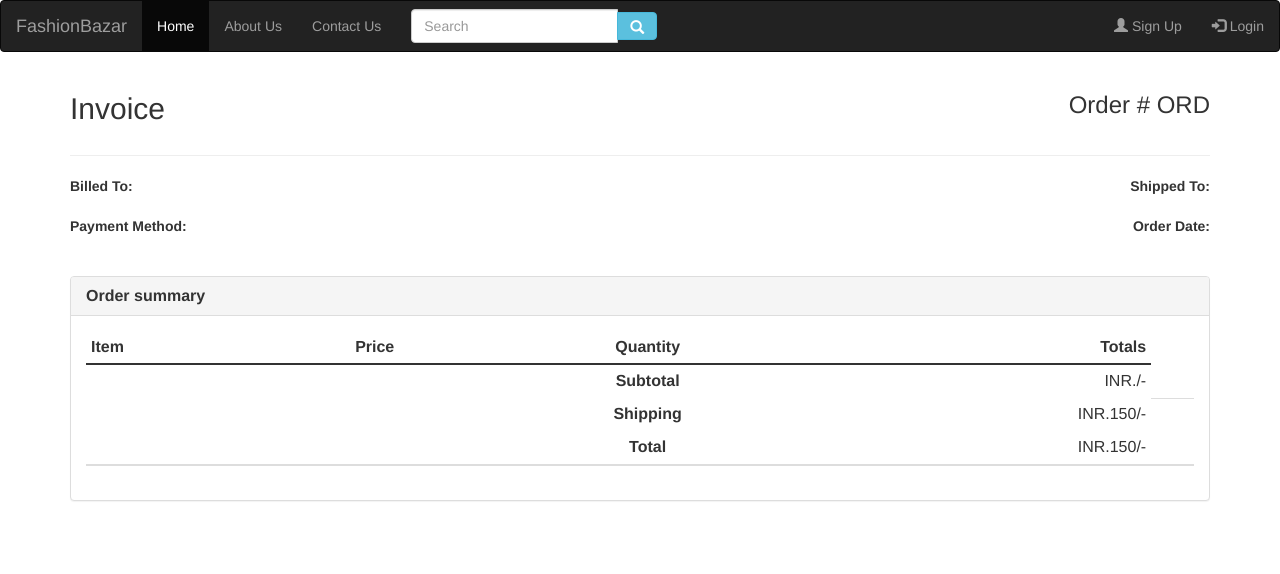
Repository: SmithaMendonca/Project-1
Page: http://localhost/FashionBazarFrontend/WEB-INF/views/Receipt.jsp
These files come from the project's save history. The page is drawn as it stood at one moment and after the next save; the edit follows.
The browser window is 1280 px wide. The pictures show the whole page.
The page is served by Tomcat 9. Nobody is signed in. Other server files are loaded and not shown. The template is opened directly, without the code that normally fills it, so the values that code supplies are empty.

Above is the page before, as saved 2019-06-06 05:50:24.

### FashionBazarFrontend/src/main/webapp/WEB-INF/views/Receipt.jsp
<%@include file="Header.jsp"%>
<html>
<head>
<style type="text/css">
.invoice-title h2, .invoice-title h3 {
    display: inline-block;
}

.table > tbody > tr > .no-line {
    border-top: none;
}

.table > thead > tr > .no-line {
    border-bottom: none;
}

.table > tbody > tr > .thick-line {
    border-top: 2px solid;
}
</style>
</head>
<body>
<div class="container">
    <div class="row">
        <div class="col-xs-12">
    		<div class="invoice-title">
    			<h2>Invoice</h2><h3 class="pull-right">Order # ORD${orderInfo.orderId}</h3>
    		</div>
    		<hr>
    		<div class="row">
    			<div class="col-xs-6">
    				<address>
    				<strong>Billed To:</strong><br>
    					${orderInfo.username}
    				</address>
    			</div>
    			<div class="col-xs-6 text-right">
    				<address>
        			<strong>Shipped To:</strong><br>
    					${address}
    				</address>
    			</div>
    		</div>
    		<div class="row">
    			<div class="col-xs-6">
    				<address>
    					<strong>Payment Method:</strong><br>
    					  ${orderInfo.pmode}<br>
    				</address>
    			</div>
    			<div class="col-xs-6 text-right">
    				<address>
    					<strong>Order Date:</strong><br>
    					${orderInfo.orderDate}<br>
    				</address>
    			</div>
    		</div>
    	</div>
    </div>

  <form action="">
    <div class="row">
    	<div class="col-md-12">
    		<div class="panel panel-default">
    			<div class="panel-heading">
    				<h3 class="panel-title"><strong>Order summary</strong></h3>
    			</div>
    			<div class="panel-body">
    				<div class="table-responsive">
    					<table class="table table-condensed">
    						<thead>
                                <tr>
        							<td><strong>Item</strong></td>
        							<td class="text-center"><strong>Price</strong></td>
        							<td class="text-center"><strong>Quantity</strong></td>
        							<td class="text-right"><strong>Totals</strong></td>
                                </tr>
    						</thead>
    						<tbody>

    							<c:forEach items="${cartItems}" var="cartItem">
    							<tr>
    								<td>${cartItem.productName}</td>
    								<td class="text-center">${cartItem.price}</td>
    								<td class="text-center">${cartItem.quantity}</td>
    								<td class="text-right">${cartItem.price*cartItem.quantity}</td>
    							</tr>
    							</c:forEach>
    							<tr>
    								<td class="thick-line"></td>
    								<td class="thick-line"></td>
    								<td class="thick-line text-center"><strong>Subtotal</strong></td>
    								<td class="thick-line text-right">INR.${grandTotal}/-</td>
    							</tr>
    							<tr>
    								<td class="no-line"></td>
    								<td class="no-line"></td>
    								<td class="no-line text-center"><strong>Shipping</strong></td>
    								<td class="no-line text-right">INR.150/-<td>
    							</tr>
    							<tr>
    								<td class="no-line"></td>
    								<td class="no-line"></td>
    								<td class="no-line text-center"><strong>Total</strong></td>
    								<td class="no-line text-right">INR.${grandTotal+150}/-</td>
    							</tr>
    						</tbody>
    						  <tr>

    						  </tr>
    					</table>
    				</div>
    			</div>
    		</div>
    	</div>
    </div>
  </form>
</div>

</body>
</html>

### FashionBazarFrontend/src/main/webapp/WEB-INF/views/Header.jsp
<%@ page language="java" contentType="text/html"%>
<%@ taglib uri="http://java.sun.com/jsp/jstl/core" prefix="c"%>
<%@taglib prefix="form" uri="http://www.springframework.org/tags/form"%>
<html>
<head>
<title>Welcome to Fashion Bazar</title>
 <meta charset="utf-8">
 <meta name="viewport" content="width=device-width, initial-scale=1">
 <link rel="stylesheet" href="https://maxcdn.bootstrapcdn.com/bootstrap/3.4.0/css/bootstrap.min.css">
  <script src="https://ajax.googleapis.com/ajax/libs/jquery/3.4.0/jquery.min.js"></script>
  <script src="https://maxcdn.bootstrapcdn.com/bootstrap/3.4.0/js/bootstrap.min.js"></script>
</head>
<body>
	  <nav class="navbar navbar-inverse">
      <div class="container-fluid">
        <div class="navbar-header">
	         <a class="navbar-brand" href="#">FashionBazar</a>
        </div>
        <ul class="nav navbar-nav">
         <c:if test="${!sessionScope.loggedIn }">
	      <li class="active"><a href="index.jsp">Home</a></li>
          <li><a href="<c:url value="/aboutus"/>">About Us</a></li>
          <li><a href="<c:url value="/contactus"/>">Contact Us</a></li>
          <form class="navbar-form navbar-left">
  				<div class="input-group">
    			  <input type="text" class="form-control" placeholder="Search">
   				 	<div class="input-group-btn">
      				<button class="btn btn-info" type="button">
        				<span class="glyphicon glyphicon-search"></span>
      				</button>
    				</div>
  				</div>
			</form>
         </c:if>

         <c:if test="${sessionScope.loggedIn }">
               <c:if test="${sessionScope.role=='ROLE_ADMIN' }">
	      <li><a href="<c:url value="/category"/>">Category Management</a></li>
          <li><a href="<c:url value="/product"/>">Product Management</a></li>
               </c:if>
         </c:if>

          <c:if test="${sessionScope.loggedIn }">
              <c:if test="${sessionScope.role=='ROLE_USER' }">
           <li><a href="<c:url value="/productPage"/>">Products</a></li>
          <li><a href="<c:url value="/showCart"/>">Cart</a></li>
              </c:if>
          </c:if>
       </ul>

       <ul class="nav navbar-nav navbar-right">
         <c:if test="${!sessionScope.loggedIn }">
	     	<li><a href="<c:url value="/register"/>"><span class="glyphicon glyphicon-user"></span> Sign Up</a></li>
        	 <li><a href="<c:url value="/login"/>"><span class="glyphicon glyphicon-log-in"></span> Login</a></li>
         </c:if>

         <c:if test="${sessionScope.loggedIn }">
            <li><a href="#"><span class="glyphicon glyphicon-user"></span>Hi ${sessionScope.username}</a></li>
            <li><a href="<c:url value="/perform_logout"/>"><span class="glyphicon glyphicon-log-in"></span> Logout</a></li>
         </c:if>
       </ul>
     </div>
    </nav>
</body>
</html>

After the next save:
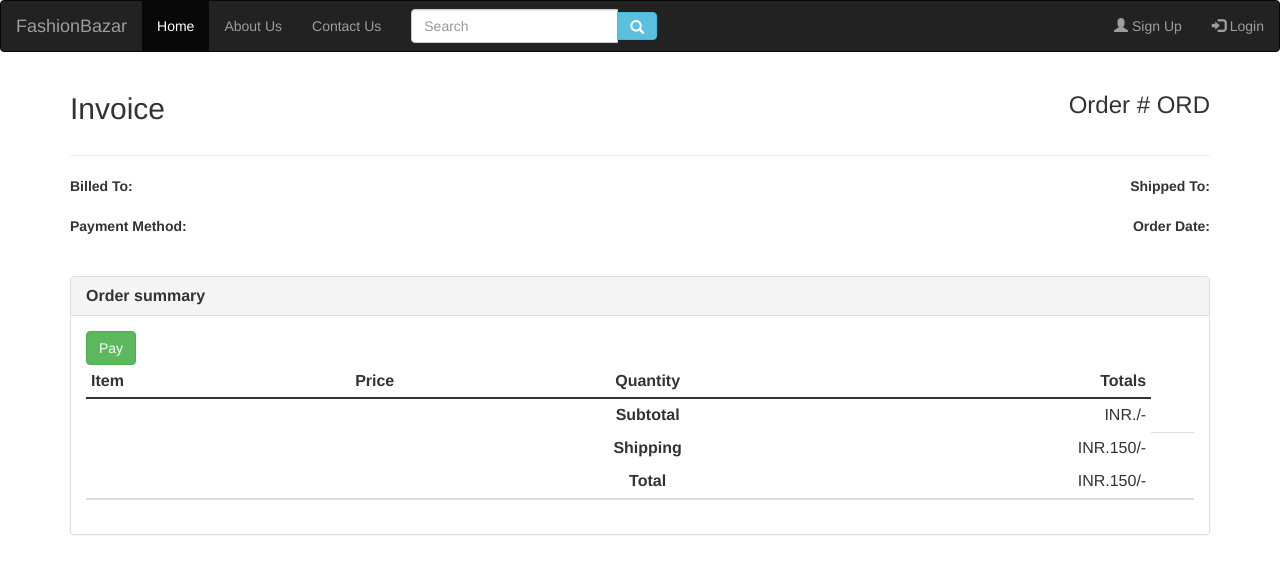
Saved 78 s later.
--- a/FashionBazarFrontend/src/main/webapp/WEB-INF/views/Receipt.jsp
+++ b/FashionBazarFrontend/src/main/webapp/WEB-INF/views/Receipt.jsp
@@ -106,7 +106,7 @@
     							</tr>
     						</tbody>
     						  <tr>
-
+    						    <input type="submit" value="Pay" class="btn btn-success"/>
     						  </tr>
     					</table>
     				</div>
